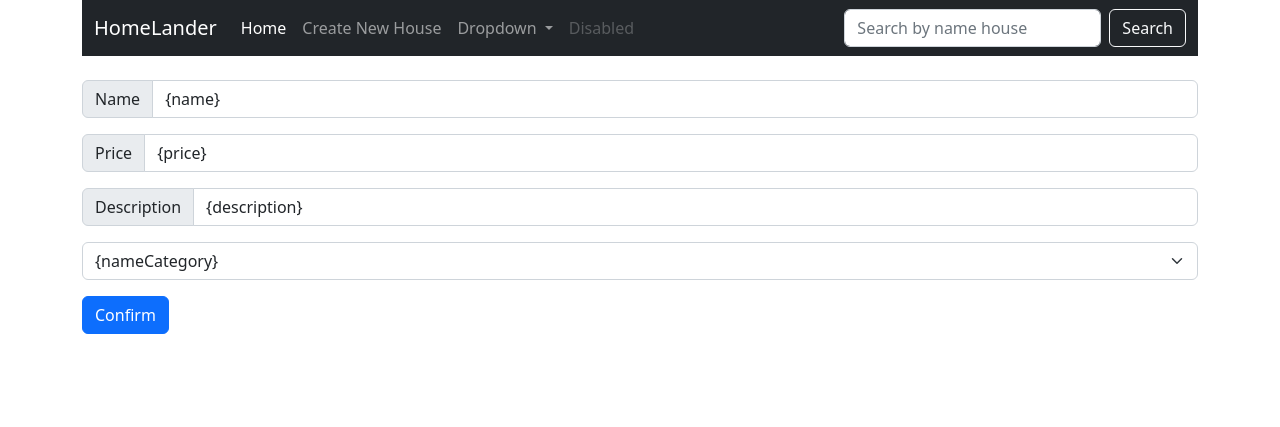
Repository: nguyenhung50497/MD3_caseStudy
Page: src/views/editHouse.html
An editor plug-in stored every save of this project. The page is shown before and after the next save, followed by the edit.
The browser window is 1280 px wide. The pictures show the whole page.

Above is the page before, as saved 2023-01-03 10:47:40.

After the next save:
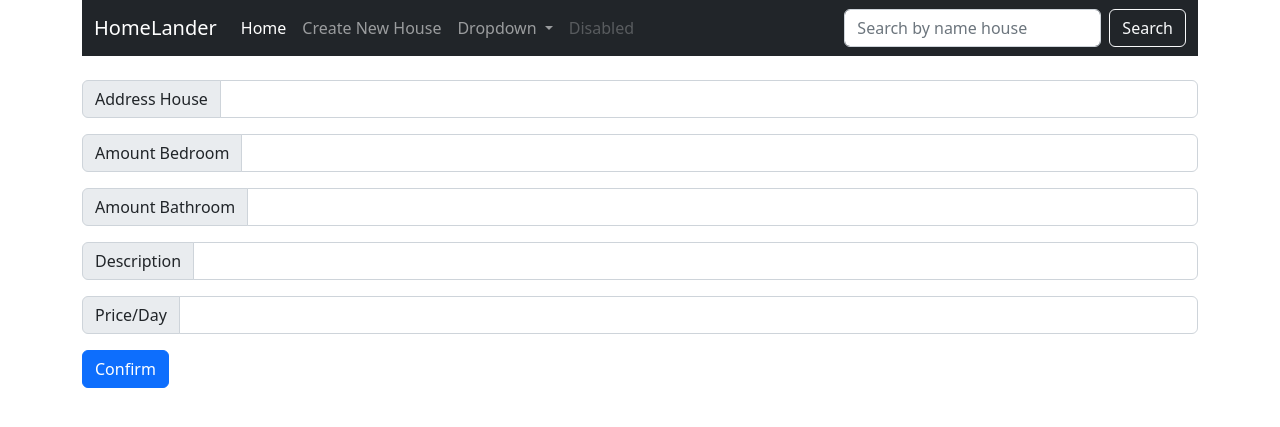
Saved 46 s later.
--- a/src/views/editHouse.html
+++ b/src/views/editHouse.html
@@ -47,22 +47,24 @@
       <br>
       <form action="" method="post">
         <div class="input-group mb-3">
-          <span class="input-group-text" id="inputGroup-sizing-default">Name</span>
-          <input type="text" name="name" value="{name}" class="form-control" aria-label="Sizing example input" aria-describedby="inputGroup-sizing-default">
+            <span class="input-group-text" id="inputGroup-sizing-default">Address House</span>
+            <input type="text" name="addressHouse" class="form-control" aria-label="Sizing example input" aria-describedby="inputGroup-sizing-default">
         </div>
         <div class="input-group mb-3">
-          <span class="input-group-text" id="inputGroup-sizing-default">Price</span>
-          <input type="text" name="price" value="{price}" class="form-control" aria-label="Sizing example input" aria-describedby="inputGroup-sizing-default">
+            <span class="input-group-text" id="inputGroup-sizing-default">Amount Bedroom</span>
+            <input type="text" name="amountBedroom" class="form-control" aria-label="Sizing example input" aria-describedby="inputGroup-sizing-default">
         </div>
         <div class="input-group mb-3">
-          <span class="input-group-text" id="inputGroup-sizing-default">Description</span>
-          <input type="text" name="description" value="{description}" class="form-control" aria-label="Sizing example input" aria-describedby="inputGroup-sizing-default">
+            <span class="input-group-text" id="inputGroup-sizing-default">Amount Bathroom</span>
+            <input type="text" name="amountBathroom" class="form-control" aria-label="Sizing example input" aria-describedby="inputGroup-sizing-default">
         </div>
         <div class="input-group mb-3">
-          <select class="form-select" name="idCategory" aria-label="Default select example">
-            <option selected value="{idCategory}">{nameCategory}</option>
-            {categories}
-          </select>
+            <span class="input-group-text" id="inputGroup-sizing-default">Description</span>
+            <input type="text" name="description" class="form-control" aria-label="Sizing example input" aria-describedby="inputGroup-sizing-default">
+          </div>
+        <div class="input-group mb-3">
+          <span class="input-group-text" id="inputGroup-sizing-default">Price/Day</span>
+          <input type="text" name="pricePerDay" class="form-control" aria-label="Sizing example input" aria-describedby="inputGroup-sizing-default">
         </div>
         <button type="button" class="btn btn-primary" data-bs-toggle="modal" data-bs-target="#updateImage">Confirm</button>
         <div class="modal fade" id="updateImage" data-bs-backdrop="static" data-bs-keyboard="false" tabindex="-1" aria-labelledby="staticBackdropLabel" aria-hidden="true">
